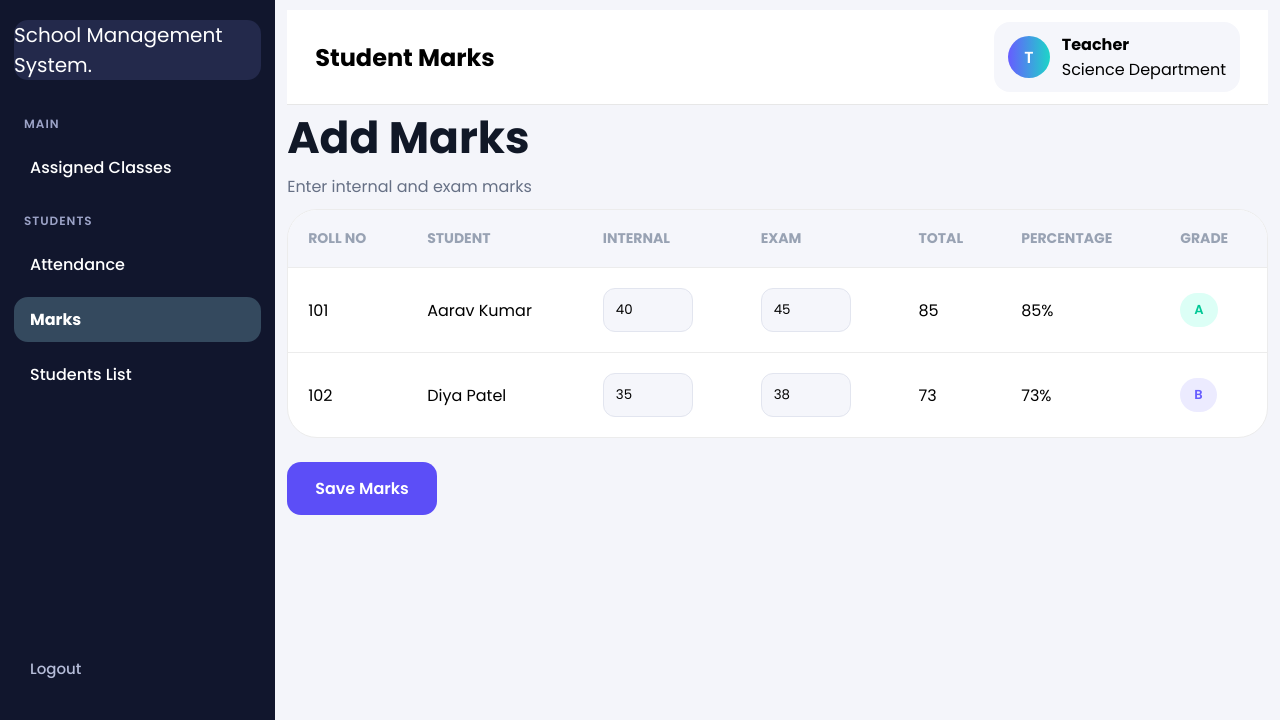
Repository: rohit-rk-07/school_management_system
Page: http://localhost/School_Management_System/teacher/addMarks.jsp
An editor plug-in stored every save of this project. The page is shown before and after the next save, followed by the edit.
The browser window is 1280 px wide. The pictures show the whole page.
The page is served by Tomcat 10.

Above is the page before, as saved 2026-05-21 08:44:24.
Console error: TypeError: Cannot read properties of null (reading 'addEventListener')

After the next save:
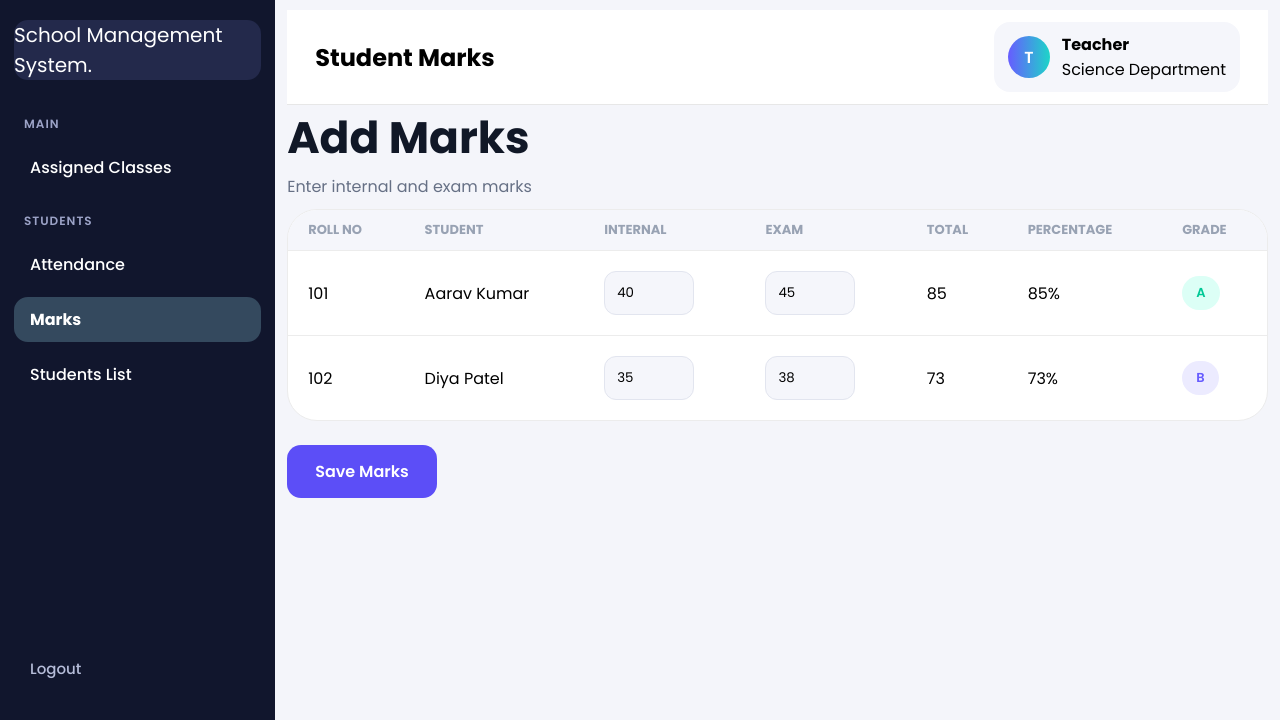
Saved 20 s later.
--- a/School_Management_System/src/main/webapp/teacher/addMarks.jsp
+++ b/School_Management_System/src/main/webapp/teacher/addMarks.jsp
@@ -65,10 +65,10 @@ body {
 }
 
 .marksTable th {
-	padding: 18px 20px;
+	padding: 10px 20px;
 	text-align: left;
 	color: #98a2b3;
-	font-size: 14px;
+	font-size: 13px;
 }
 
 .marksTable td {
